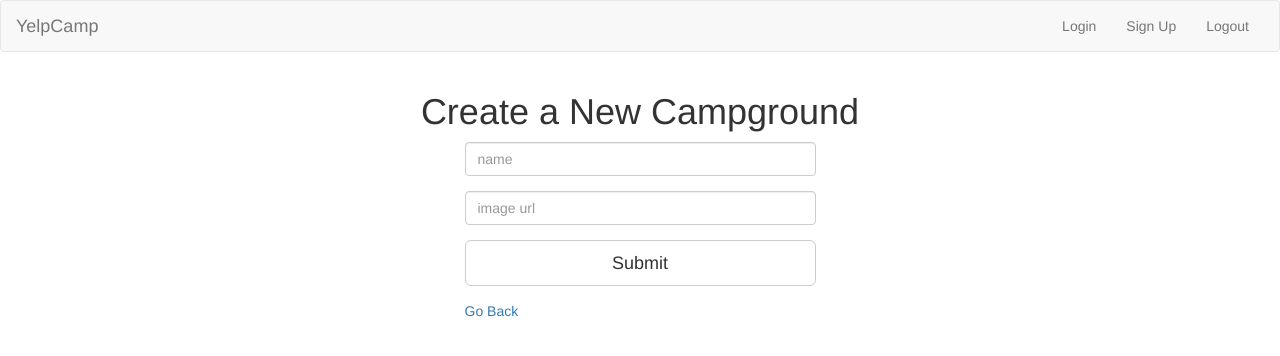
Repository: jersanmd/Learn-Node-JS
Page: http://localhost/campgrounds/new
The author's editor kept a record of every edit. The page is drawn from the files as they stood at one moment, then again after the next edit.
The browser window is 1280 px wide. The pictures show the whole page.
The page is served by the project's Node server (yelpcamp/app.js).

Above is the page before.

After the next edit:
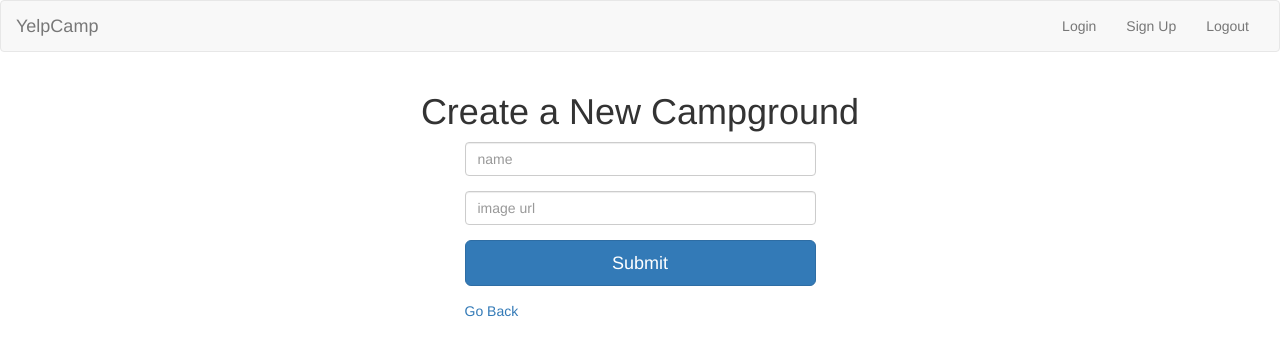
The edit:
--- a/yelpcamp/views/new.ejs
+++ b/yelpcamp/views/new.ejs
@@ -12,7 +12,7 @@
                     <input class="form-control" type="text" placeholder="image url" name="image">
                 </div>
                 <div class="form-group">
-                    <button class="btn btn-lg btn-default btn-block">Submit</button>
+                    <button class="btn btn-lg btn-primary btn-default btn-block">Submit</button>
                 </div>
             </form>
 
